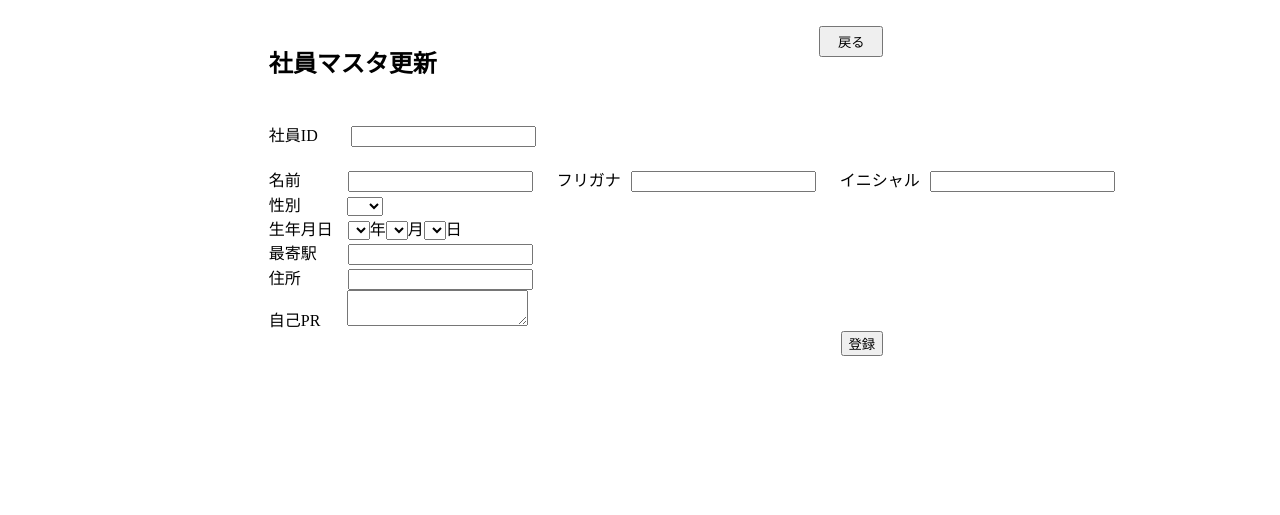
Repository: nguyenvantandev/WebApp
Page: http://localhost/EmployeeInfoSystem/EmployeeUpdate.jsp
An editor plug-in stored every save of this project. The page is shown before and after the next save, followed by the edit.
The browser window is 1280 px wide. The pictures show the whole page.
The page is served by Tomcat 9. Other server files are loaded and not shown.

Above is the page before, as saved 2016-05-31 08:17:28.

### EmployeeInfoSystem/WebContent/EmployeeUpdate.jsp
<%@ page language="java" contentType="text/html; charset=UTF-8"
    pageEncoding="UTF-8"%>
<!DOCTYPE html PUBLIC "-//W3C//DTD HTML 4.01 Transitional//EN" "http://www.w3.org/TR/html4/loose.dtd">
<html>
<head>
<meta http-equiv="Content-Type" content="text/html; charset=UTF-8">
<link rel="stylesheet" type="text/css" href="css/EmployeeUpdate.css">
<script type="text/javascript" src="js/EmployeeUpdate.js"></script>
<title>社員マスタ更新画面</title>
</head>
<body>

<input type="hidden" name="shainNum" id="shaiNum" value="<%=request.getAttribute("shaiNum")%>">
<form action="ShainMasterUpdate" method="post" id="employeeUpdate" name="employeeUpdate">
	<input type="button" id="modoru" name="modoru" value="戻る"><br>
	<h2><b>社員マスタ更新</b></h2>
	<span id="id">社員ID</span><input type="text" id="shainId" name="shainId" value=""><br>
	<span id="name">名前</span><input type="text" id="namae" name="namae" value="">
	<span id="furiname">フリガナ</span><input type="text" id="furigana" name="furigana" value="">
	<span id="shortname">イニシャル</span><input type="text" id="inisharu" name="inisharu"value=""><br>
	<span id="sex">性別</span>
	<select id="sebetsu" name="sebetsu">
	<option></option>
	<option>男</option>
	<option>女</option>
	</select><br>
	<span id="birthday">生年月日</span><select id="year" name="year"></select><span>年</span><select id="month" name="month"></select><span>月</span><select id="day" name="day"></select><span>日</span><br>
	<span id="station">最寄駅</span><input type="text" id="saiyorieki" name="saiyorieki" value=""><br>
	<span id="address">住所</span><input type="text" id="jusho" name="jusho" value=""><br>
	<span id="pr">自己PR</span><textarea id="jikopr" name="jikopr"></textarea><br>
	<input type="button" id="addUpdate" name="addUpdate" value="登録">

</form>
</body>
</html>

### EmployeeInfoSystem/WebContent/css/EmployeeUpdate.css
@CHARSET "UTF-8";

body {
	    margin-left: 21%;
    margin-right: 10%;
    margin-top: 2%;
}
h2 {
	    margin-bottom: 43px;
    margin-top: 0px;
}
#modoru{
	right: 31%;
	position: absolute;
	    width: 64px;
    height: 31px;
}
#id {
	margin-right: 33px;
}
#name{
	    margin-right: 47px;
}
#furiname, #shortname{
    margin-right: 10px;
    margin-left: 20px;
}
#sex{
	margin-right: 42px;
}
#birthday{
	margin-right: 15px;
}
#station{
	    margin-right: 31px;
}
#address{
	    margin-right: 47px;
}
#pr{
	margin-right: 27px;
}

#addUpdate{
	right: 31%;
	position: absolute;
}
#shainId{
    margin-bottom: 20px;
}

### EmployeeInfoSystem/WebContent/js/EmployeeUpdate.js
function employeeUpdate_load() {
	/*
	 * 生年月日 日付設定 ↓
	 */
	var nowyear = new Date().getFullYear();
	var startyear = 2020;
	var endyear = 1950;
	var optionsyear = "";
	for (var year = startyear; year >= endyear; year--) {
		optionsyear += "<option>" + year + "</option>";
	}
	document.getElementsByName("year")[0].innerHTML = optionsyear;
	$('#year').val("");
	// month
	var startmonth = 1;
	var endmonth = 12;
	var optionsmonth = "";
	for (var month = startmonth; month <= endmonth; month++) {
		if (month <= 9) {
			month = "0" + month.toString();
		}
		optionsmonth += "<option>" + month + "</option>";
	}
	document.getElementsByName("month")[0].innerHTML = optionsmonth;
	$('#month').val("");
	// day
	var startday = 1;
	var endday = 31;
	var optionsday = "";
	for (var day = startday; day <= endday; day++) {
		if (day <= 9) {
			day = "0" + day.toString();
		}
		optionsday += "<option>" + day + "</option>";
	}
	document.getElementsByName("day")[0].innerHTML = optionsday;
	$('#day').val("");
	/*
	 * 生年月日 日付設定 ↑
	 */

	/*
	 * 社員マスタ検索画面から取得した値 ↓
	 */
	var shainId_search = document.getElementById("shainId_search").value;
	document.getElementById("shainId_search").value = shainId_search;
	var namae_search = document.getElementById("namae_search").value;
	document.getElementById("namae_search").value = namae_search;
	var sebetsu_search = document.getElementById("sebetsu_search").value;
	document.getElementById("sebetsu_search").value = sebetsu_search;
	var sakujo_search = document.getElementById("sakujo_search").value;
	document.getElementById("sakujo_search").value = sakujo_search;
	var shainNum = document.getElementById("shainNum").value;
	document.getElementById("shainNum").value = shainNum;
	/*
	 * 社員マスタ検索画面から取得した値 ↑
	 */

	/*
	 * 社員マスタ検索画面で「新規追加」ボタンを押下場合 ↓
	 */
	var shainId = document.getElementById("shainId").value;
	if (shainId == "null") {
		document.getElementById("shainId").value = "";
	} else {
		document.getElementById("shainNum").value = shainId
		document.getElementById("shainId").disabled = true;
		document.getElementById("shainId").value = shainId;
	}

	var namae = document.getElementById("namae").value;
	if (namae == "null") {
		document.getElementById("namae").value = "";
	} else {
		document.getElementById("namae").value = namae;
	}

	var furigana = document.getElementById("furigana").value;
	if (furigana == "null") {
		document.getElementById("furigana").value = "";
	} else {
		document.getElementById("furigana").value = furigana;
	}

	var inisharu = document.getElementById("inisharu").value;
	if (inisharu == "null") {
		document.getElementById("inisharu").value = "";
	} else {
		document.getElementById("inisharu").value = inisharu;
	}

	var saiyorieki = document.getElementById("saiyorieki").value;
	if (saiyorieki == "null") {
		document.getElementById("saiyorieki").value = "";
	} else {
		document.getElementById("saiyorieki").value = saiyorieki;
	}

	var jusho = document.getElementById("jusho").value;
	if (jusho == "null") {
		document.getElementById("jusho").value = "";
	} else {
		document.getElementById("jusho").value = jusho;
	}

	var jikopr = document.getElementById("jikopr").value;
	if (jikopr == "null") {
		document.getElementById("jikopr").value = "";
	} else {
		document.getElementById("jikopr").value = jikopr;
	}

	var sex = document.getElementById("selcect_sex").value;
	if (sex == "null") {
		document.getElementById("sebetsu")[0].innerHTML = "";
	} else {
		document.getElementById("sebetsu")[0].innerHTML = sex;
	}

	var birth_year = document.getElementById("birth_year").value;
	if (birth_year == "null") {
		$('#year').val("");
	} else {
		$('#year').val(birth_year);
	}

	var birth_month = document.getElementById("birth_month").value;
	if (birth_month == "null") {
		$('#month').val("");
	} else {
		$('#month').val(birth_month);
	}

	var birth_day = document.getElementById("birth_day").value;
	if (birth_day == "null") {
		$('#day').val("");
	} else {
		$('#day').val(birth_day);
	}

	/*
	 * 社員マスタ検索画面で「新規追加」ボタンを押下場合 ↑
	 */
	var serverErrorMs = document.getElementById("serverErrorMs").value;
	if (serverErrorMs != "null") {
		document.getElementById("addUpdate").disabled = true;
		alert(serverErrorMs);
		return false;
	}
	var notFind = document.getElementById("conditionVal").value;
	if (notFind != "") {
		alert(notFind);
		document.getElementById("conditionVal").value = "検索画面";
		document.getElementById("employeeUpdate").submit();
	}
	var completeMs = document.getElementById("completeMs").value;
	if (completeMs != "null") {
		alert(completeMs);
	}
	if (shainNum != "null") {
		document.getElementById("conditionVal").value = "初期表示";
		document.getElementById("employeeUpdate").submit();
	} else {
		return false;
	}

}

function modoru_click() {
	document.getElementById("conditionVal").value = "戻る";
	document.getElementById("employeeUpdate").submit();
}

function addUpdate_click() {
	var shainId = document.getElementById("shainId").value;
	if (shainId == "") {
		alert("社員IDが未入力です。");
		return false;
	}
	if (shainId != "") {
		var regex = /^[A-Za-z0-9]+$/;
		if (!shainId.match(regex)) {
			alert("社員IDは半角英数字で入力してください。");
			return false;
		}
	}
	var namae = document.getElementById("namae").value;
	if (namae == "" || namae == " " || namae == "　") {
		alert("名前が未入力です。");
		return false;
	}

	var furigana = document.getElementById("furigana").value;
	if (furigana == "" || furigana == " " || furigana == "　") {
		alert("フリガナが未入力です。");
		return false;
	}
	var inisharu = document.getElementById("inisharu").value;
	if (inisharu == "" || inisharu == " " || inisharu == "　") {
		alert("イニシャルが未入力です。");
		return false;
	}
	var sebetsu = document.getElementById("sebetsu").value;
	if (sebetsu == "") {
		alert("性別が未選択です。");
		return false;
	}
	var year = document.getElementById("year").value;
	if (year == "") {
		alert("生年月日が未選択です。");
		return false;
	}
	var month = document.getElementById("month").value;
	if (month == "") {
		alert("生年月日が未選択です。");
		return false;
	}
	var day = document.getElementById("day").value;
	if (day == "") {
		alert("生年月日が未選択です。");
		return false;
	}
	dt = new Date(year, month - 1, day);
	if (dt.getFullYear() != year || dt.getMonth() != month - 1
			|| dt.getDate() != day) {
		alert("出版年月日が不正です。");
		return false;
	}

	var jusho = document.getElementById("jusho").value;
	if (jusho == "" || jusho == " " || jusho == "　") {
		alert("住所が未入力です。");
		return false;
	}
	var com = confirm("社員を登録/更新してよろしいですか？");
	if (com == true) {
		document.getElementById("conditionVal").value = "登録/更新";
		document.getElementById("shainNum").value = shainId;
		document.getElementById("employeeUpdate").submit();
	} else {
		return false;
	}
}

After the next save:
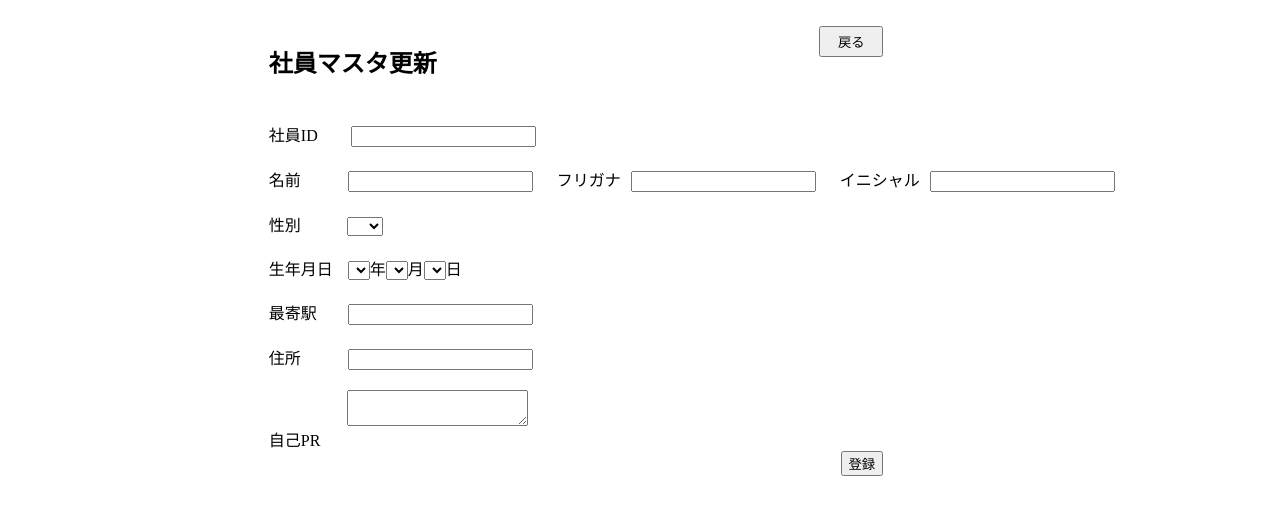
Saved 2 min 3 s later.
--- a/EmployeeInfoSystem/WebContent/css/EmployeeUpdate.css
+++ b/EmployeeInfoSystem/WebContent/css/EmployeeUpdate.css
@@ -45,6 +45,6 @@ h2 {
 	right: 31%;
 	position: absolute;
 }
-#shainId{
+#shainId, #namae, #sebetsu, #year, #month, #day, #saiyorieki, #jusho, #jikopr{
     margin-bottom: 20px;
 }
